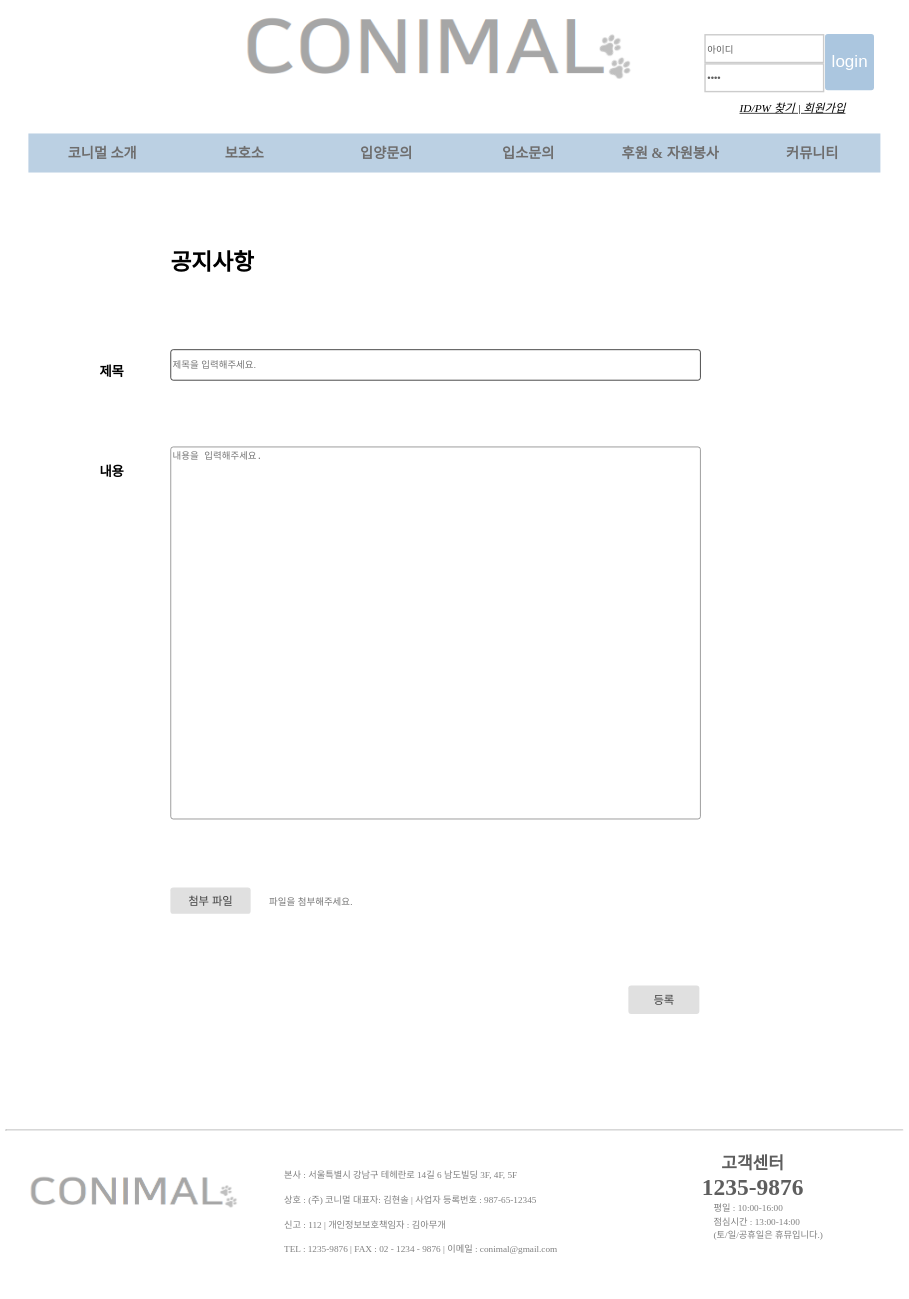
Repository: rlagusthf12/SemiProject
Page: http://localhost/jspProject/
These files come from the project's save history. The page is drawn as it stood at one moment and after the next save; the edit follows.
The browser window is 1280 px wide. The pictures show the whole page, at 71% of full size.
The page is served by Tomcat 9.

Above is the page before, as saved 2021-05-18 08:17:27.

After the next save:
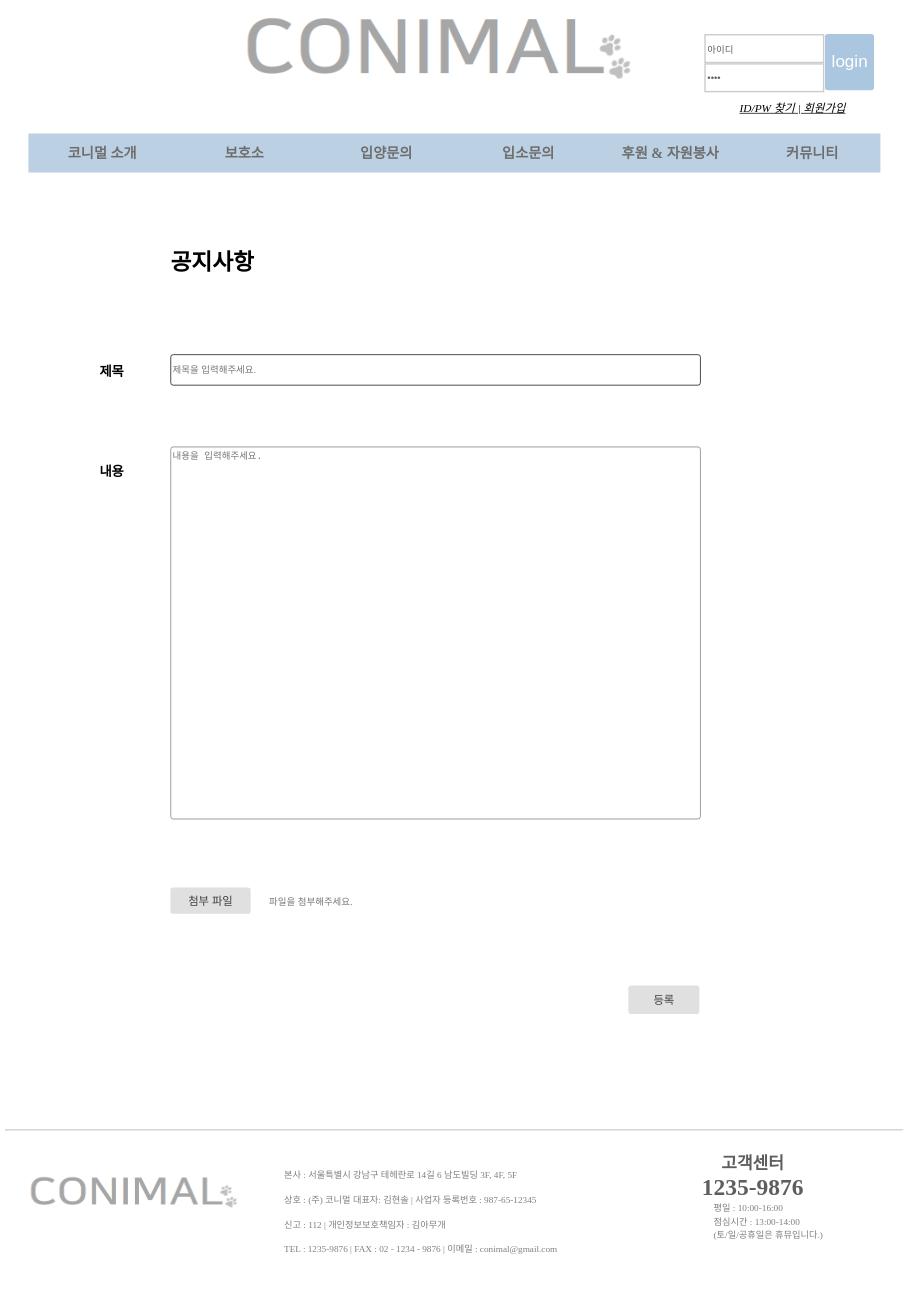
Saved 4 s later.
--- a/jspProject/WebContent/views/notice/writeNotice.jsp
+++ b/jspProject/WebContent/views/notice/writeNotice.jsp
@@ -29,7 +29,7 @@ width:100%;
 height:100%;
 border-radius:4px;
 border:1px solid;
-margin-top:3px;
+margin-top:10px;
 }
 
 .content{
